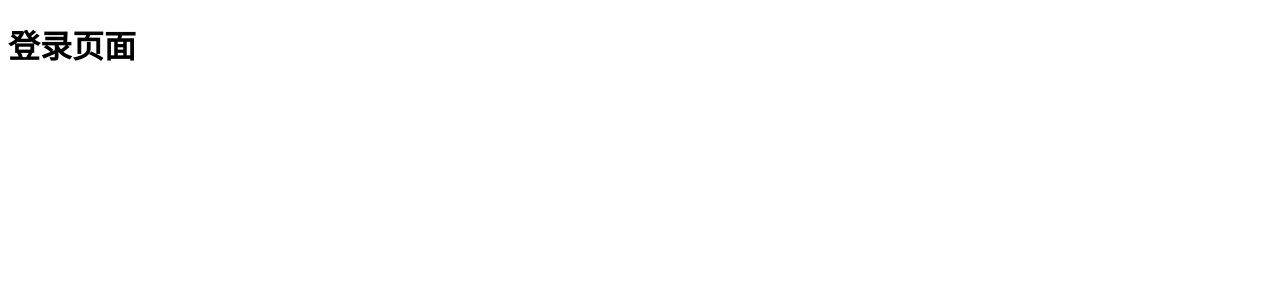
Repository: itmier/tmier-easy-demo
Page: /
These files come from the project's save history. The page is drawn as it stood at one moment and after the next save; the edit follows.
The browser window is 1280 px wide. The pictures show the whole page.
The page's requests for data from a server got no answer. The project was rebuilt for these pictures with package versions that can differ from the ones it lists, and the page was loaded fresh each time. No one was signed in, and anything a server would have sent is missing. Also part of the build but not shown: vue.config.js, src/views/dashboard/index.vue.

Above is the page before, as saved 2020-08-05 16:38:07.

### src/App.vue
<!--
 * @Author: Tmier
 * @Date: 2020-08-05 15:00:55
 * @LastEditTime: 2020-08-05 15:09:16
 * @Description:
-->
<template>
  <div id="app">
    <router-view/>
  </div>
</template>

<style lang="less">
</style>

### src/router/index.js
/*
 * @Author: Tmier
 * @Date: 2020-08-05 15:00:55
 * @LastEditTime: 2020-08-05 15:53:49
 * @Description:
 */
import Vue from 'vue'
import VueRouter from 'vue-router'
import Login from '@/views/login'
import Dashboard from '@/views/dashboard'

Vue.use(VueRouter)

const routes = [{
  path: '/',
  name: 'login',
  component: Login,
}, {
  path: '/dashboard',
  name: 'dashboard',
  component: Dashboard,
}]

const router = new VueRouter({
  routes
})

export default router

### src/views/login/index.vue
<!--
 * @Author: Tmier
 * @Date: 2020-08-05 15:47:09
 * @LastEditTime: 2020-08-05 16:33:41
 * @Description:
-->
<template>
    <div class=''>
        <h1>登录页面</h1>
    </div>
</template>

<script>
    //import x from ''
    import { login } from '@/api/user'
    export default {
        components: {

        },
        data () {
            return {

            };
        },
        created () {
          this.toLogin()
        },
        computed: {

        },
        methods: {
            async toLogin() {
                let res = await login({a:1,b:2})
                console.log(res)
            }
        },
    }
</script>

<style lang='less' scoped>
//@import url()

</style>

### src/api/user.js
/*
 * @Author: Tmier
 * @Date: 2020-08-05 16:20:24
 * @LastEditTime: 2020-08-05 16:24:41
 * @Description:
 */
import request from  '@/utils/request'

export function login(data) {
    return request({
        url: '/user/login',
        method: 'post',
        data
    })
}

### src/utils/request.js
/*
 * @Author: Tmier
 * @Date: 2020-08-05 15:14:21
 * @LastEditTime: 2020-08-05 16:38:07
 * @Description: 封装axios请求
 */
import axios from 'axios'
import store from '@/store/index'
import router from '@/router'
import QS from 'qs'
import {
  Loading,
  Message
} from "element-ui";
/**
 * 提示函数
 * 禁止点击蒙层、显示一秒后关闭
 */
const tip = msg => {
  Message({
    message: msg,
    type: 'error',
    duration: 1000
  });
}
// 跳转登录页面
//  携带当前页面路由,以期在登录页面完成登录后返回当前页面

const toLogin = () => {
  router.replace({
    path: '/login',
    query: {
      redirect: router.currentRoute.fullPath
    }
  })
}
/**
 * 请求失败后的错误统一处理
 * @param {Number} status 请求失败的状态码
 */
const errorHandle = (status, other) => {
  // 状态码判断
  switch (status) {
    // 401: 未登录状态，跳转登录页
    case 401:
      toLogin();
      break;
      // 403 token过期
      // 清除token并跳转登录页
    case 403:
      tip('登录过期，请重新登录');
      //   localStorage.removeItem('token');
      //   store.commit('loginSuccess', null);
      setTimeout(() => {
        toLogin();
      }, 1000);
      break;
      // 404请求不存在
    case 404:
      tip('请求的资源不存在');
      break;
    default:
      console.log(other);
  }
}
const baseAPI = process.env.VUE_APP_BASEURL
var instance = axios.create({
  baseURL: baseAPI,
  timeout: 1000 * 12
})

// 设置post请求头
instance.defaults.headers.post['Content-Type'] = 'application/x-www-form-urlencoded';

/**
 * 请求拦截器
 * 每次请求前，如果存在token则在请求头中携带token
 */
instance.interceptors.request.use(
  config => {
    // 登录流程控制中，根据本地是否存在token判断用户的登录情况
    // 但是即使token存在，也有可能token是过期的，所以在每次的请求头中携带token
    // 后台根据携带的token判断用户的登录情况，并返回给我们对应的状态码
    // 而后我们可以在响应拦截器中，根据状态码进行一些统一的操作。
    // const token = store.state.token;
    const token = 'MockToken';
    token && (config.headers.Authorization = token);
    return config;
  },
  error => Promise.error(error))


// 响应拦截器
instance.interceptors.response.use(
  // 请求成功
  res => res.status === 200 ? Promise.resolve(res) : Promise.reject(res),
  // 请求失败
  error => {
    const {
      response
    } = error;
    if (response) {
      // 请求已发出，但是不在2xx的范围
      errorHandle(response.status, response.data.message);
      return Promise.reject(response);
    }
    /**
     * else {
      // 处理断网的情况
      // eg:请求超时或断网时，更新state的network状态
      // network状态在app.vue中控制着一个全局的断网提示组件的显示隐藏
      // 关于断网组件中的刷新重新获取数据，会在断网组件中说明
      if (!window.navigator.onLine) {
        store.commit('changeNetwork', false);
      } else {
        return Promise.reject(error);
      }
    }
     */
  });

export default instance;

Loaded but not shown: public/index.html (common file); src/main.js (common file); src/store/index.js (common file)

After the next save:
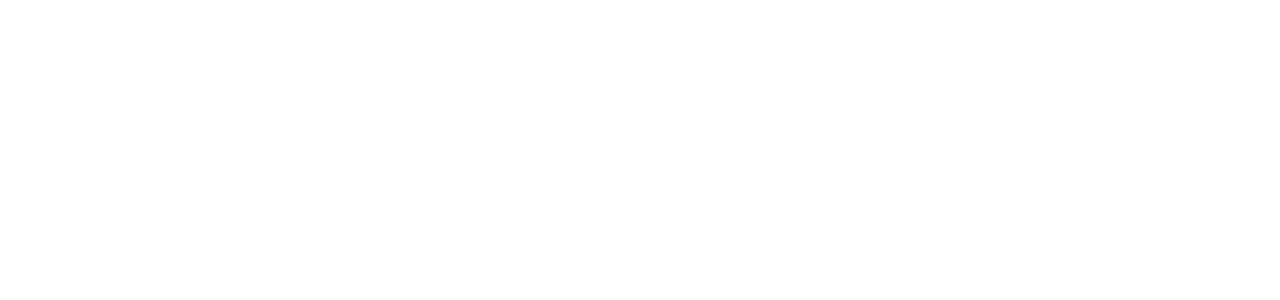
Console error: ReferenceError: VUE_APP_BASEURL is not defined
Saved 40 s later.
--- a/src/utils/request.js
+++ b/src/utils/request.js
@@ -1,7 +1,7 @@
 /*
  * @Author: Tmier
  * @Date: 2020-08-05 15:14:21
- * @LastEditTime: 2020-08-05 16:38:07
+ * @LastEditTime: 2020-08-05 16:38:47
  * @Description: 封装axios请求
  */
 import axios from 'axios'
@@ -64,6 +64,7 @@
   }
 }
 const baseAPI = process.env.VUE_APP_BASEURL
+console.log(VUE_APP_BASEURL)
 var instance = axios.create({
   baseURL: baseAPI,
   timeout: 1000 * 12

After the save that followed:
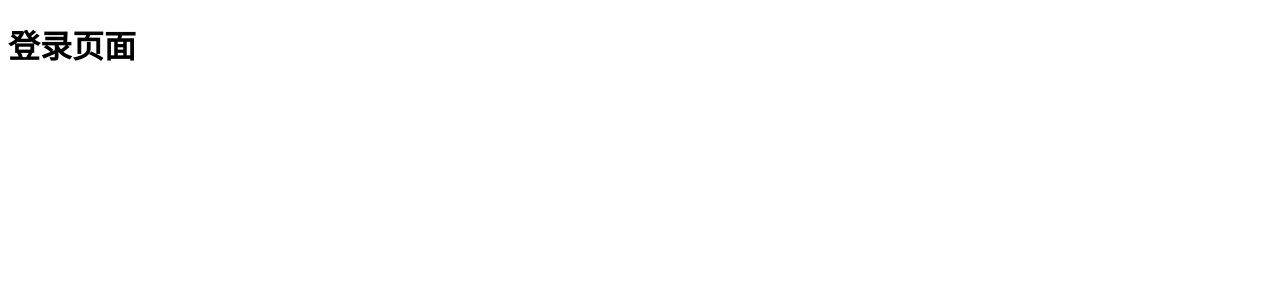
The error is gone.
Saved 4 s later.
--- a/src/utils/request.js
+++ b/src/utils/request.js
@@ -64,7 +64,7 @@
   }
 }
 const baseAPI = process.env.VUE_APP_BASEURL
-console.log(VUE_APP_BASEURL)
+console.log(process.env.VUE_APP_BASEURL)
 var instance = axios.create({
   baseURL: baseAPI,
   timeout: 1000 * 12
